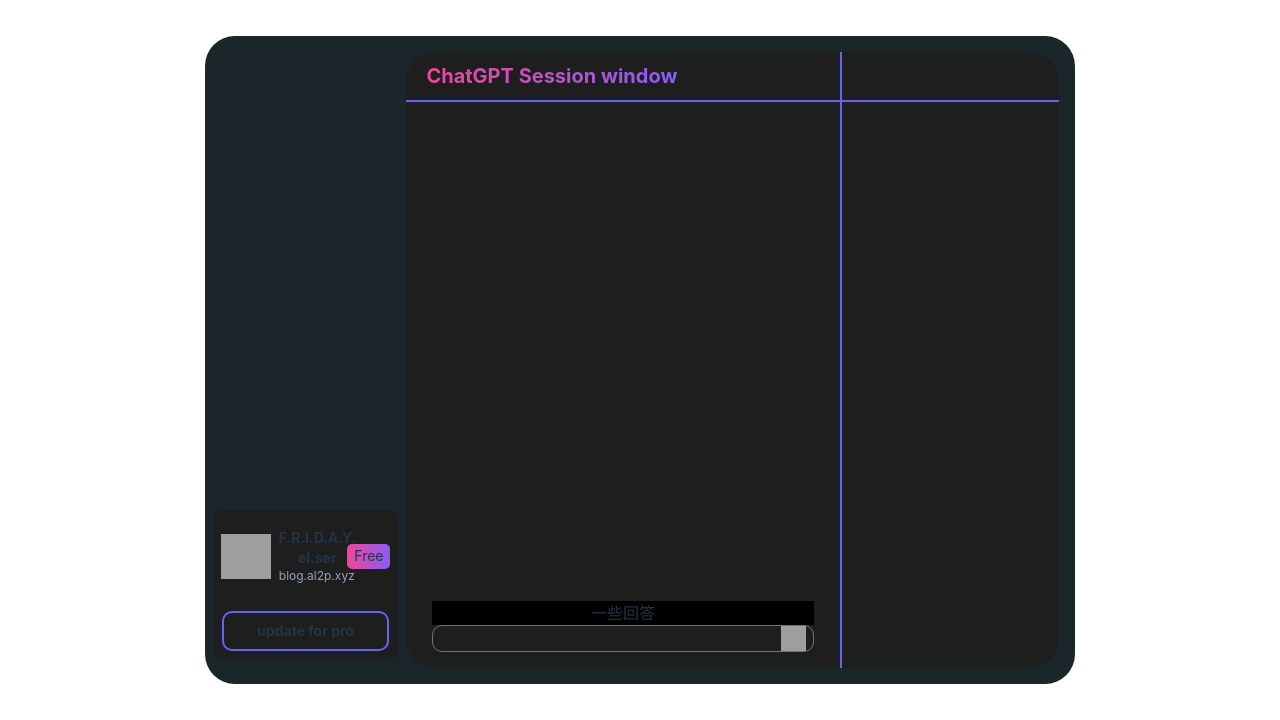
Repository: yezhonghu0503/chatgpt-vue-lac
Page: /
The author's editor kept a copy of each file at every save. The page is drawn from the files as they stood at one save, then again after the next save.
The browser window is 1280 px wide. The pictures show the whole page.
Pictures or frames that could not be fetched are drawn as grey boxes. The project was rebuilt for these pictures with package versions that can differ from the ones it lists, and the page was loaded fresh each time. Also part of the build but not shown: vite.config.ts.

Above is the page before, as saved 2023-05-18 18:59:32.

### src/style.css
@tailwind base;
@tailwind components;
@tailwind utilities;

:root {
  font-family: Inter, system-ui, Avenir, Helvetica, Arial, sans-serif;
  line-height: 1.5;
  font-weight: 400;

  color-scheme: light dark;
  color: rgba(255, 255, 255, 0.87);
  /* background-color: #242424; */
  background-color: #8e989a;

  font-synthesis: none;
  text-rendering: optimizeLegibility;
  -webkit-font-smoothing: antialiased;
  -moz-osx-font-smoothing: grayscale;
  -webkit-text-size-adjust: 100%;
}

a {
  font-weight: 500;
  color: #646cff;
  text-decoration: inherit;
}

a:hover {
  color: #535bf2;
}

body {
  margin: 0;
  display: flex;
  place-items: center;
  min-width: 320px;
  min-height: 100vh;
}

h1 {
  font-size: 3.2em;
  line-height: 1.1;
}

button {
  border-radius: 8px;
  border: 1px solid transparent;
  padding: 0.6em 1.2em;
  font-size: 1em;
  font-weight: 500;
  font-family: inherit;
  background-color: #1a1a1a;
  cursor: pointer;
  transition: border-color 0.25s;
}

button:hover {
  border-color: #646cff;
}

button:focus,
button:focus-visible {
  outline: 4px auto -webkit-focus-ring-color;
}

input {
  border: none;
  background-color: transparent;
}

input[type="checkbox"]:checked,

input:focus {
  outline: none;
  background-color: transparent;
}

.card {
  padding: 2em;
}

#app {
  margin: 0 auto;
  padding: 2rem;
  text-align: center;
}

@media (prefers-color-scheme: light) {
  :root {
    color: #213547;
    background-color: #ffffff;
  }

  a:hover {
    color: #747bff;
  }

  button {
    background-color: #f9f9f9;
  }
}

### src/App.vue
<script setup lang="ts">
import chat from './pages/chat.vue';
</script>

<template>
  <chat />
</template>

<style scoped></style>

### src/pages/chat.vue
<template>
    <div class="w-[68vw] h-[90vh] bg-rg-chat-border rounded-[30px] flex justify-end p-4 pl-0">
        <chatMenu />
        <chatMain />

    </div>
</template>
<script lang="ts" setup>
import chatMain from '../components/chat-main/chatMain.vue';
import chatMenu from '../components/chat-menu/chatMenu.vue'
</script>
<style lang="less" scoped></style>

### src/components/chat-main/chatMain.vue
<template>
  <div class="w-[51vw] h-[100%] bg-rg-chat rounded-[30px] flex">
    <div class="flex flex-col w-[34vw] h-[100%] border-r-2 border-indigo-500">
      <div
        class="w-[100%] h-[50px] border-b-2 border-indigo-500 flex justify-start items-center p-5"
      >
        <span
          class="text-xl font-bold text-transparent bg-clip-text bg-gradient-to-r from-pink-500 to-violet-500"
          >ChatGPT Session window</span
        >
      </div>
      <div class="flex flex-col justify-end items-center w-[100%] h-[100%] p-4">
        <div class="w-[95%] bg-black">
          {{ msg }}
          <img src="" alt="" />
        </div>
        <div
          class="flex w-[95%] items-center justify-center rounded-[10px] border-[1px] border-slate-500"
        >
          <input class="w-[90%]" type="text" />
          <img
            class="w-[25px] h-[25px]"
            src="https://blog.al2p.xyz/upload/send.png"
            alt=""
          />
        </div>
      </div>
    </div>
    <div class="w-[17vw] h-[50px] border-b-2 border-indigo-500"></div>
  </div>
</template>

<script lang="ts" setup>
const msg: string = "一些回答";
</script>

### src/components/chat-menu/chatMenu.vue
<template>
  <div class="w-[17vw] h-[100%] flex justify-center items-end p-2">
    <div
      class="w-[100%] h-[150px] bg-rg-chat flex flex-col justify-around items-center rounded-[10px]"
    >
      <div class="w-[100%] h-[75px] flex justify-between items-center p-2">
        <div class="flex items-center">
          <img
            class="w-[50px] h-[45px]"
            src="https://blog.al2p.xyz/upload/laclogo.png"
          />
          <div class="flex flex-col items-start ml-2">
            <div class="text-sm font-bold">F.R.I.D.A.Y. el.ser</div>
            <div class="text-xs text-slate-400">blog.al2p.xyz</div>
          </div>
        </div>
        <div
          class="flex justify-center rounded-[5px] text-sm items-center w-[60px] h-[25px] bg-gradient-to-r from-pink-500 to-violet-500"
        >
          Free
        </div>
      </div>
      <div
        class="text-sm flex items-center justify-center w-[13vw] h-[40px] rounded-[10px] border-2 border-indigo-500 font-bold"
      >
        update for pro
      </div>
    </div>
  </div>
</template>

<script lang="ts" setup></script>

<style lang="less" scoped></style>

### tailwind.config.js
/** @type {import('tailwindcss').Config} */
export default {
  content: [
    "./index.html",
    "./src/**/*.{vue,js,ts,jsx,tsx}",
  ],
  theme: {
    extend: {
      colors: {
        'rg-chat': 'rgb(30,30,30)',
        'rg-chat-border': 'rgb(27,38,42)'
      }
    }
  },
  plugins: [],
}

Loaded but not shown: index.html (common file); src/main.ts (common file)

After the next save:
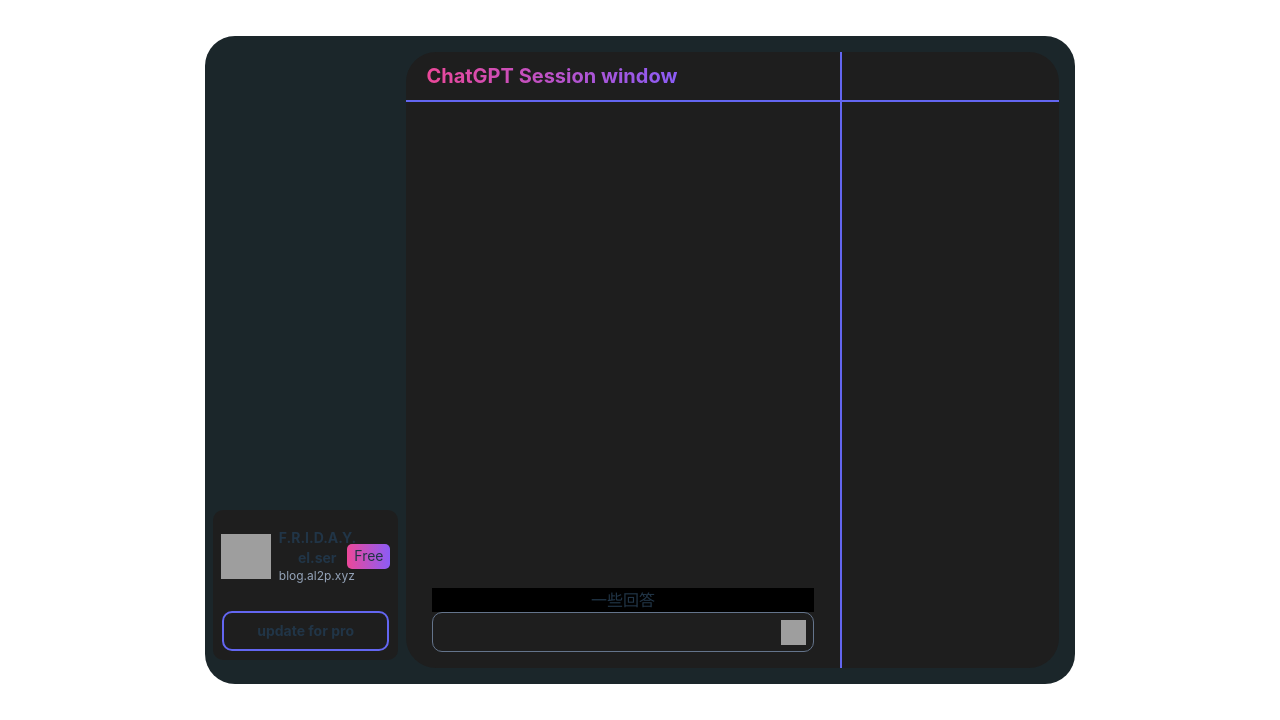
Saved 30 s later.
--- a/src/components/chat-main/chatMain.vue
+++ b/src/components/chat-main/chatMain.vue
@@ -15,7 +15,7 @@
           <img src="" alt="" />
         </div>
         <div
-          class="flex w-[95%] items-center justify-center rounded-[10px] border-[1px] border-slate-500"
+          class="flex w-[95%] items-center justify-center rounded-[10px] h-10 border-[1px] border-slate-500"
         >
           <input class="w-[90%]" type="text" />
           <img

After the save that followed:
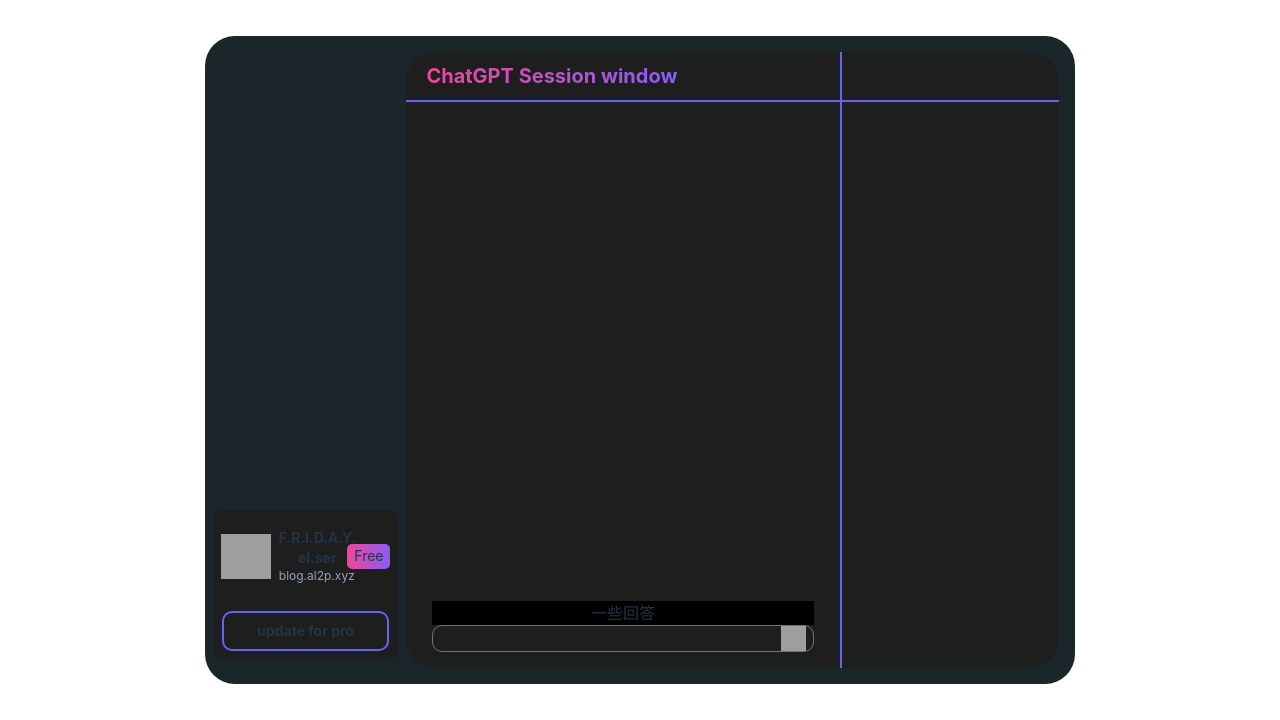
Saved 117 s later.
--- a/src/components/chat-main/chatMain.vue
+++ b/src/components/chat-main/chatMain.vue
@@ -15,7 +15,7 @@
           <img src="" alt="" />
         </div>
         <div
-          class="flex w-[95%] items-center justify-center rounded-[10px] h-10 border-[1px] border-slate-500"
+          class="flex w-[95%] items-center justify-center rounded-[10px] h-auto border-[1px] border-slate-500"
         >
           <input class="w-[90%]" type="text" />
           <img
